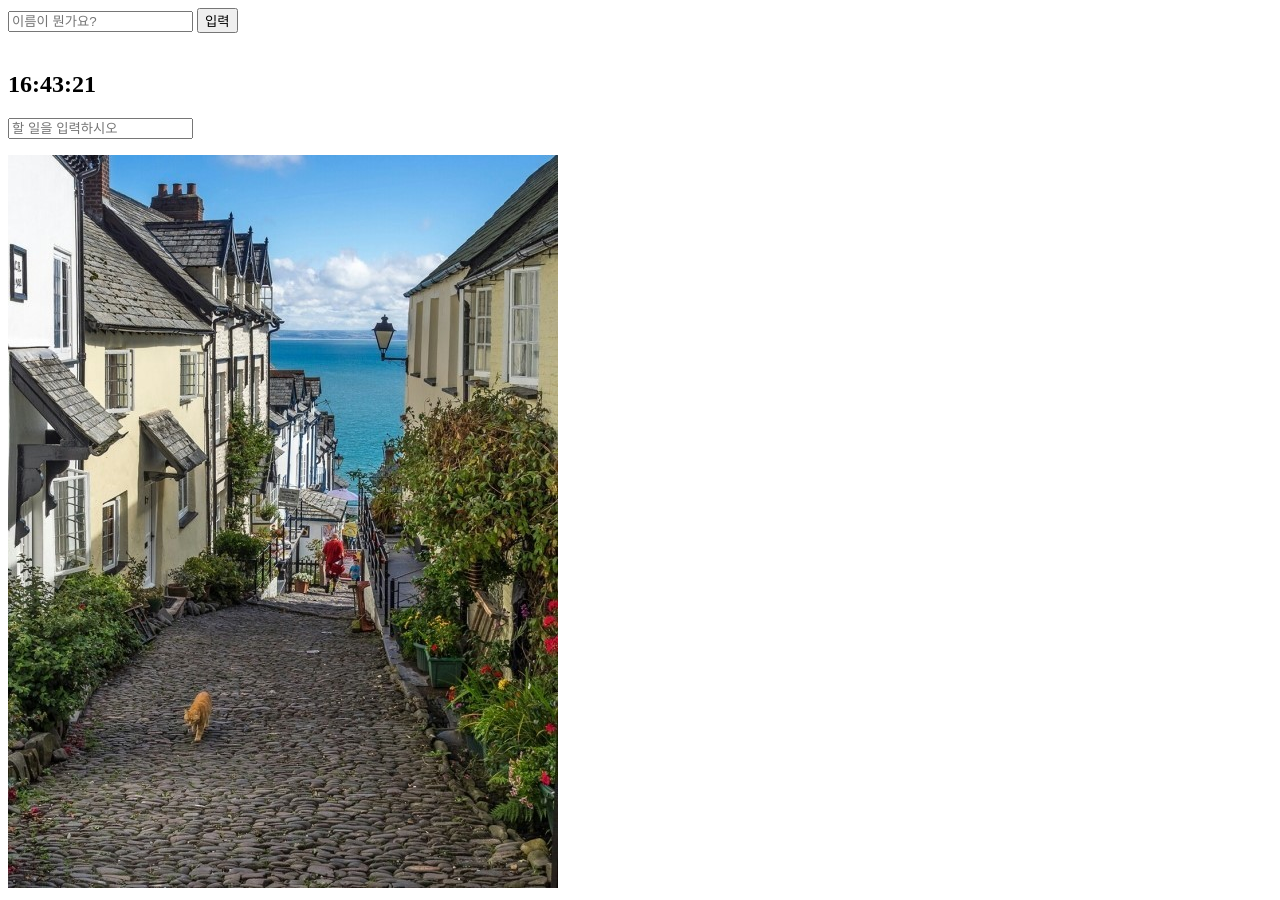
Repository: jun01270/F-E-practice
Page: index.html
These files come from the project's save history. The page is drawn as it stood at one moment and after the next save; the edit follows.
The browser window is 1280 px wide. The pictures show the whole page.

Above is the page before, as saved 2023-01-09 18:02:38.
Console error: TypeError: Cannot read properties of null (reading 'addEventListener')

After the next save:
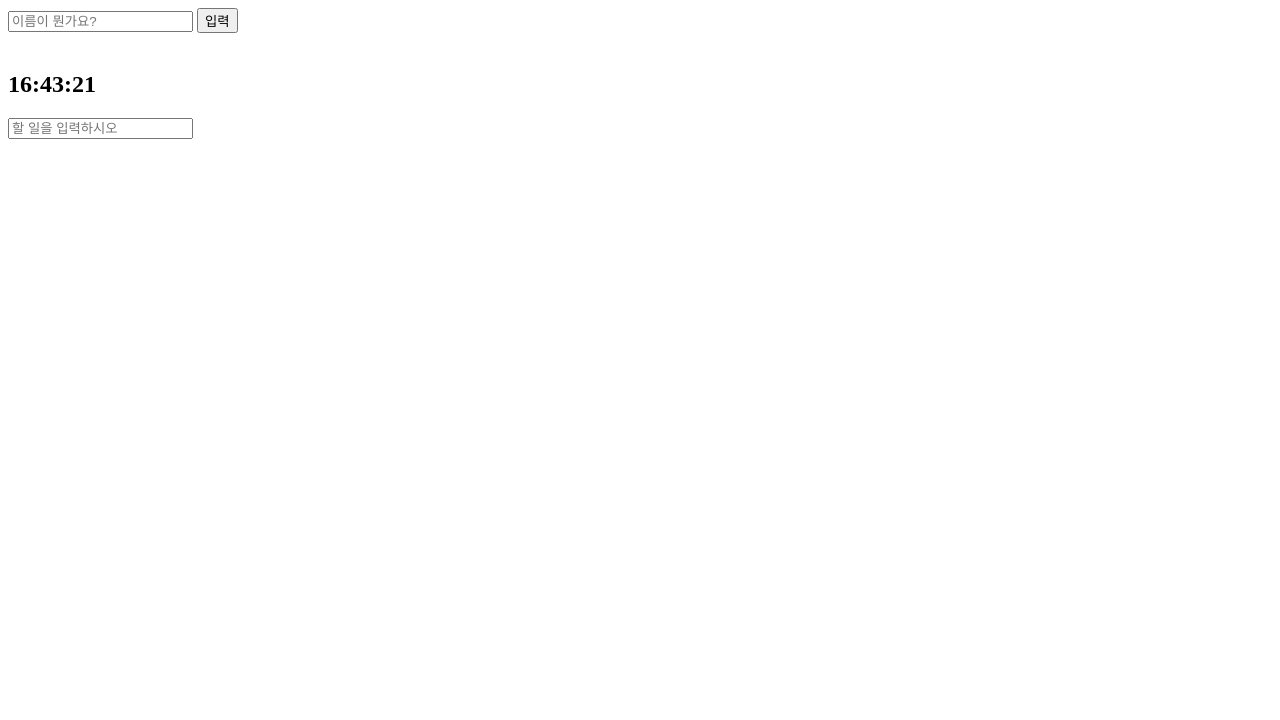
Saved 2 min 9 s later.
--- a/js/background.js
+++ b/js/background.js
@@ -1,7 +1,7 @@
 const images = ["flower.jpg", "street.jpg", "tree.jpg"];
 const chosenImage = images[Math.floor(Math.random() * images.length)];
 const bgImage = document.createElement("img");
-
+bgImage.id = backGround;
 bgImage.src = `img/${chosenImage}`;
 
 document.body.appendChild(bgImage);

After the 2 saves that followed:
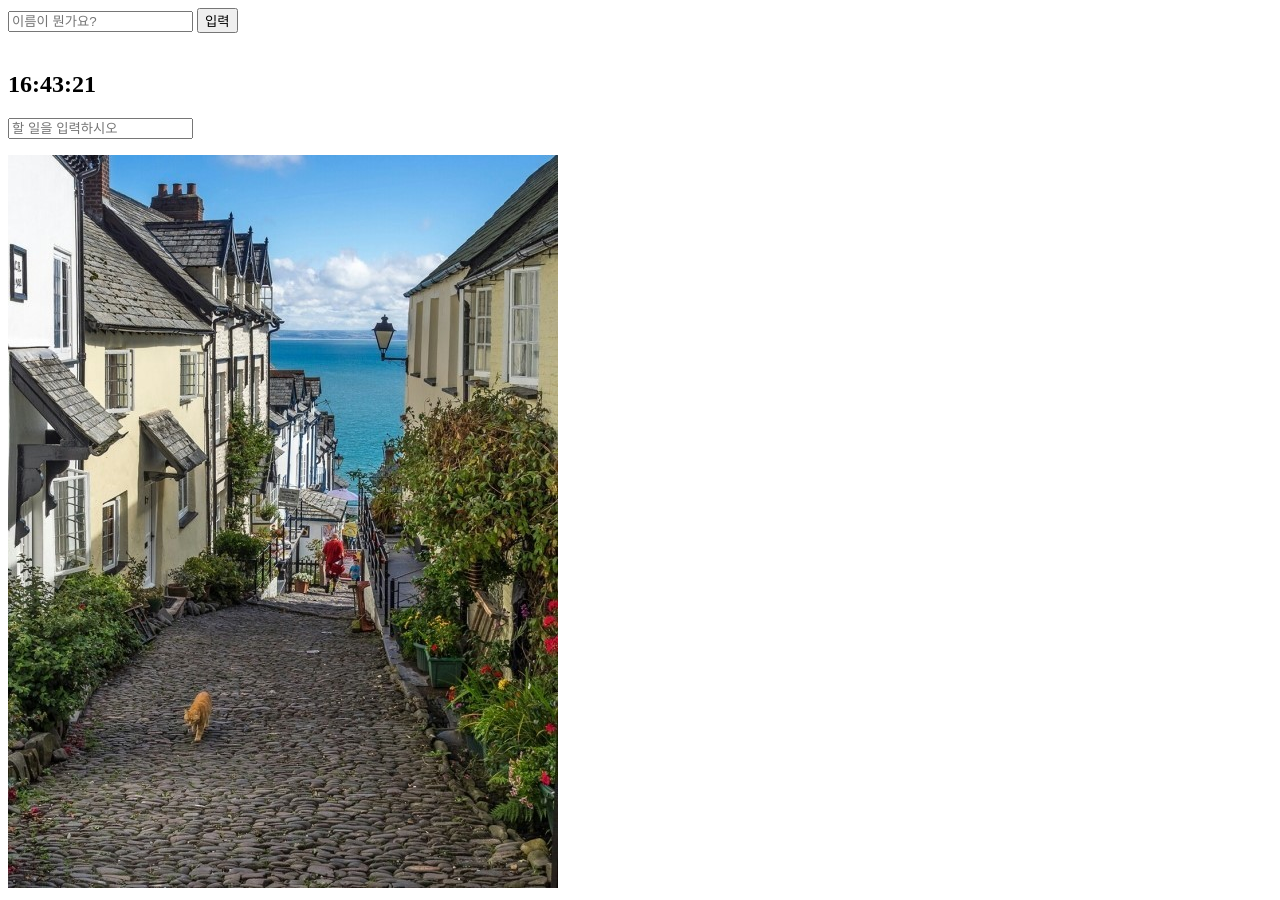
The 2 saves are shown as one change because 1 left the picture as it was.
The last was saved 18 s later.
--- a/js/background.js
+++ b/js/background.js
@@ -1,7 +1,8 @@
 const images = ["flower.jpg", "street.jpg", "tree.jpg"];
 const chosenImage = images[Math.floor(Math.random() * images.length)];
 const bgImage = document.createElement("img");
-bgImage.id = backGround;
+// bgImage.className = backGround;
+
 bgImage.src = `img/${chosenImage}`;
 
 document.body.appendChild(bgImage);
